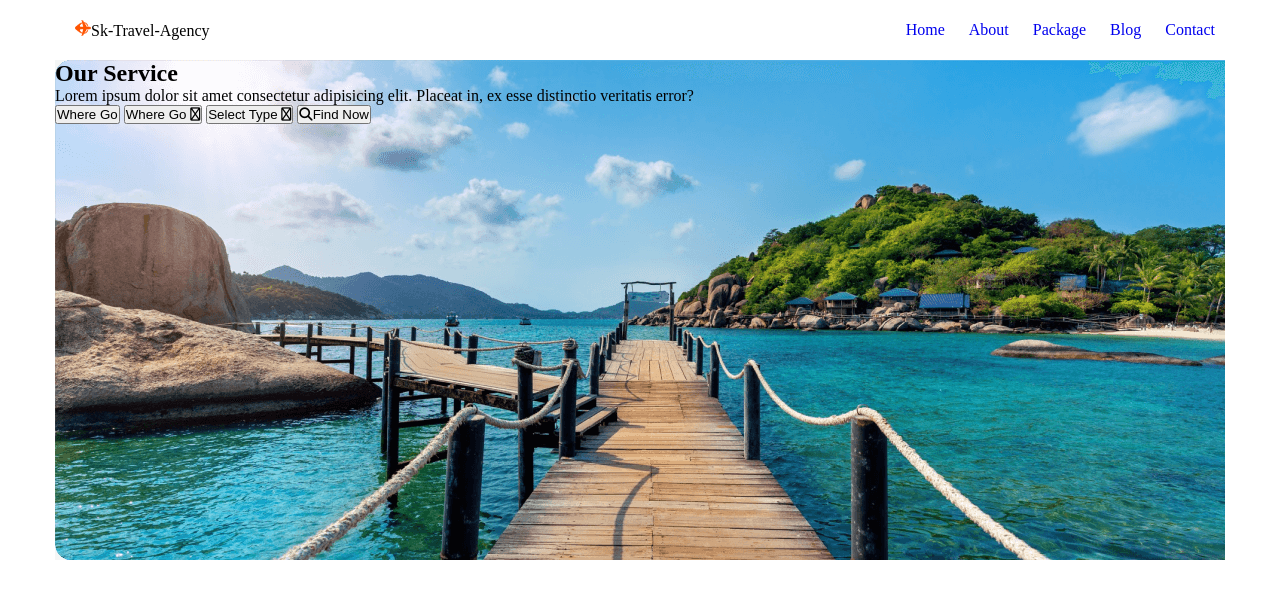
Repository: sumonkumarsarkar/Sk-Travel-Agency-
Page: index.html
An editor plug-in stored every save of this project. The page is shown before and after the next save, followed by the edit.
The browser window is 1280 px wide. The pictures show the whole page.

Above is the page before, as saved 2024-01-16 20:39:34.

After the next save:
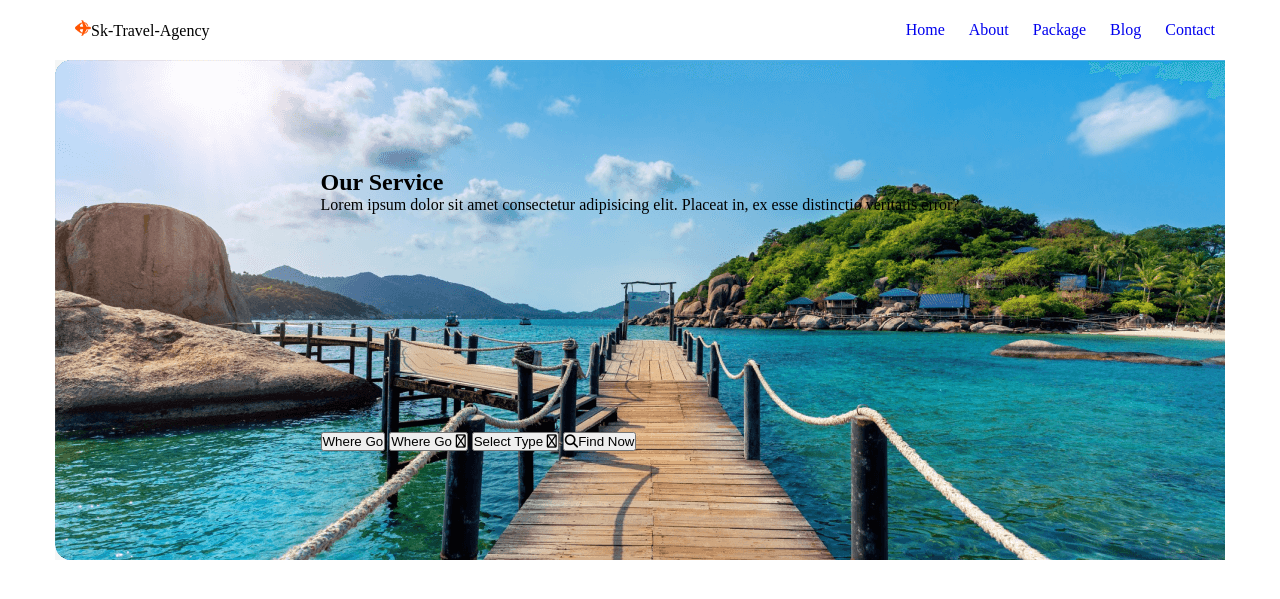
Saved 61 s later.
--- a/style.css
+++ b/style.css
@@ -37,15 +37,13 @@
 .menu-header ul li a{
     text-decoration: none;
 }
-section{
 
-
-}
 .banner-section{
     background-image: url("./Images/Group 13 (1) (1).png");
      height:500px;
 }
 .banner-section{
+    display: grid;
     align-items: center;
     justify-content: center;
 }

After the save that followed:
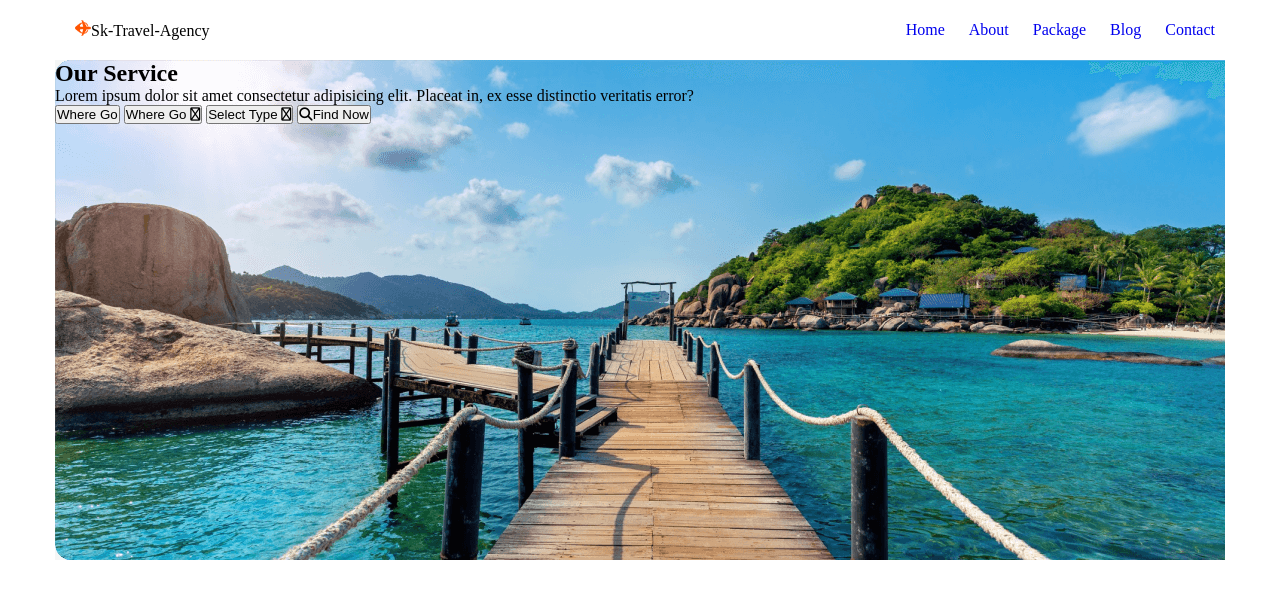
Saved 62 s later.
--- a/style.css
+++ b/style.css
@@ -43,7 +43,7 @@
      height:500px;
 }
 .banner-section{
-    display: grid;
+
     align-items: center;
     justify-content: center;
 }
